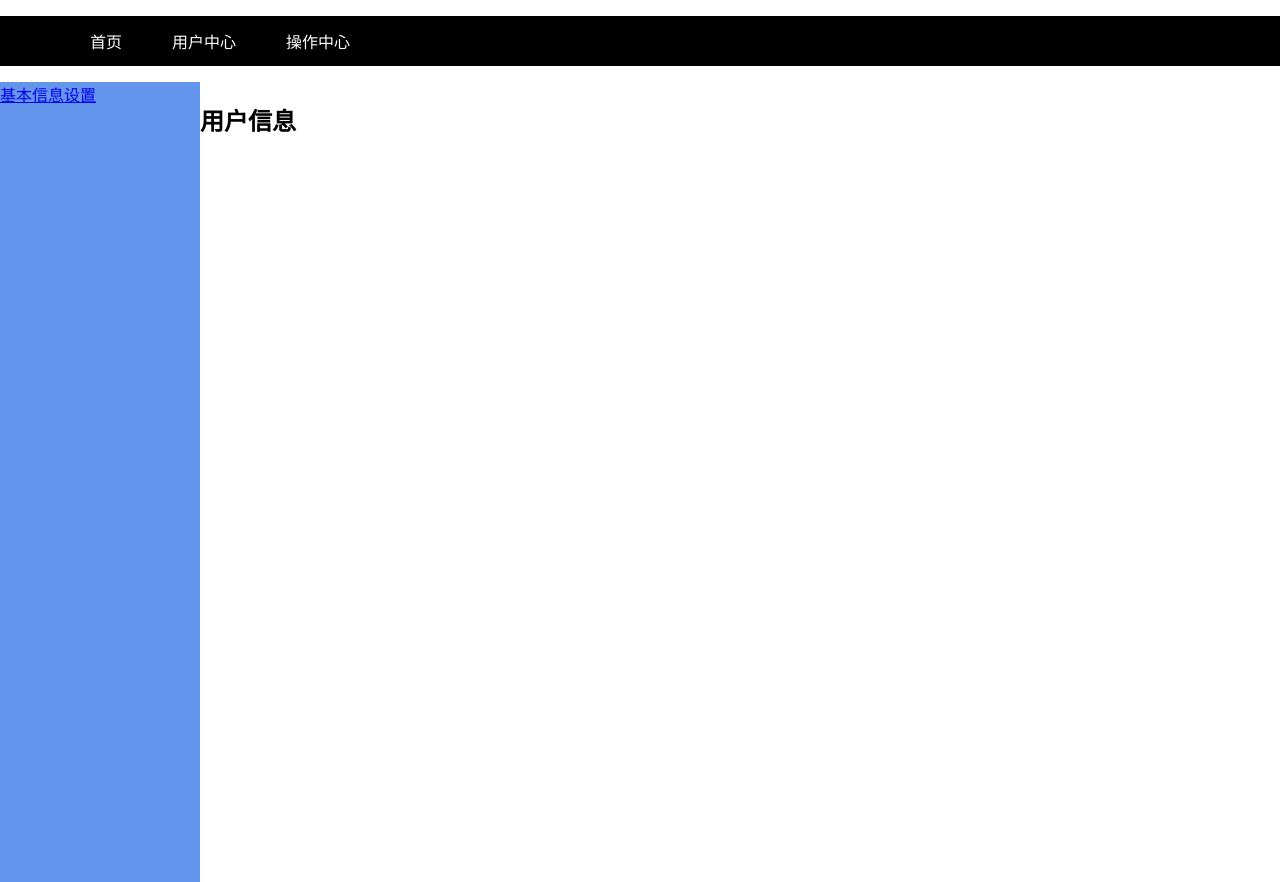
Repository: zhenzhen-gong/react-learning
Page: /user/info
An editor plug-in stored every save of this project. The page is shown before and after the next save, followed by the edit.
The browser window is 1280 px wide. The pictures show the whole page.
The project was rebuilt for these pictures with package versions that can differ from the ones it lists, and the page was loaded fresh each time. Also part of the build but not shown: src/component/qianTaoRouter/home.js, src/component/qianTaoRouter/user/set.js, src/component/qianTaoRouter/handleCenter.js.

Above is the page before, as saved 2021-04-18 23:51:04.

### src/index.js
import React from 'react';
import ReactDOM from 'react-dom';
import {
  BrowserRouter as Router,
  Route,
  Link
} from "react-router-dom";

import './index.css';
import './index.less'
import Home from './component/qianTaoRouter/home';
import UserCenter from './component/qianTaoRouter/userCenter';
import HandleCenter from './component/qianTaoRouter/handleCenter';
// import NewsContent from './component/routerTest/newsContent'
// import MenuContent from './component/routerTest/menuContent'
// import Login from './component/routerTest/login'
import reportWebVitals from './reportWebVitals';

ReactDOM.render(
  <Router>
    <ul className="tab-box">
          <li>
            <Link to="/">首页</Link>
          </li>
          <li>
            <Link to="/user">用户中心</Link>
          </li>
          <li>
            <Link to="/handle">操作中心</Link>
          </li>
    </ul>
    {/*
     <Route path='/'> <Home /> </Route>
    <Route path='/news'> <News /> </Route>
    <Route path='/memu'>  <Memu /> </Route>
     */}
     {/*exact 为严格匹配*/}
     <Route exact  path='/' component={Home} />
    <Route path='/user' component={UserCenter} />
    <Route path='/handle' component={HandleCenter} />

    {/*<Route path='/content/:aid' component={NewsContent} />
    <Route path='/menucontent' component={MenuContent} />
    <Route path='/login' component={Login} /> */}
  </Router>,
  document.getElementById('root')
);

// If you want to start measuring performance in your app, pass a function
// to log results (for example: reportWebVitals(console.log))
// or send to an analytics endpoint. Learn more: https://bit.ly/CRA-vitals
reportWebVitals();

### src/index.less
.tab-box {
    display: flex;
    height: 50px;
    align-items: center;
    background-color: black;
    li {
        list-style: none;
        margin-left: 50px;
        a {
            color: #fff;
            text-decoration:none;
        }
    }
  }
  .user-center {
      display: flex;
      height: 800px;
      .left {
          width: 200px;
          background-color: cornflowerblue;
      }
  }

### src/component/qianTaoRouter/userCenter.js
import React, {Component} from 'react'
import {Route, Link} from 'react-router-dom'

import UserInfo from './user/info'
import SetInfo from './user/set'



class UserCenter extends Component {
    constructor(props) {
        super(props)
        this.state = {
            msg: "用户中心"
        }
    }



    render() {
        return (
            <div className="user-center">
                <div className='left'>
                    <Link to='/user/info'>基本信息</Link>
                    <Link to='/user/set'>设置</Link>
                </div>
                <div className='right'>
                    <Route path='/user/info' component={UserInfo} />
                    <Route path='/user/set' component={SetInfo} />
                </div>


            </div>
        )
    }
}


export default UserCenter

### src/component/qianTaoRouter/user/info.js
import React, {Component} from 'react'



class UserInfo extends Component {
    constructor(props) {
        super(props)
        this.state = {
            msg: "用户信息"
        }
    }



    render() {
        return (
            <div>
                <h2>{this.state.msg}</h2>
            </div>
        )
    }
}


export default UserInfo;

Loaded but not shown: public/index.html (common file); src/index.css (common file); src/reportWebVitals.js (common file)

After the next save:
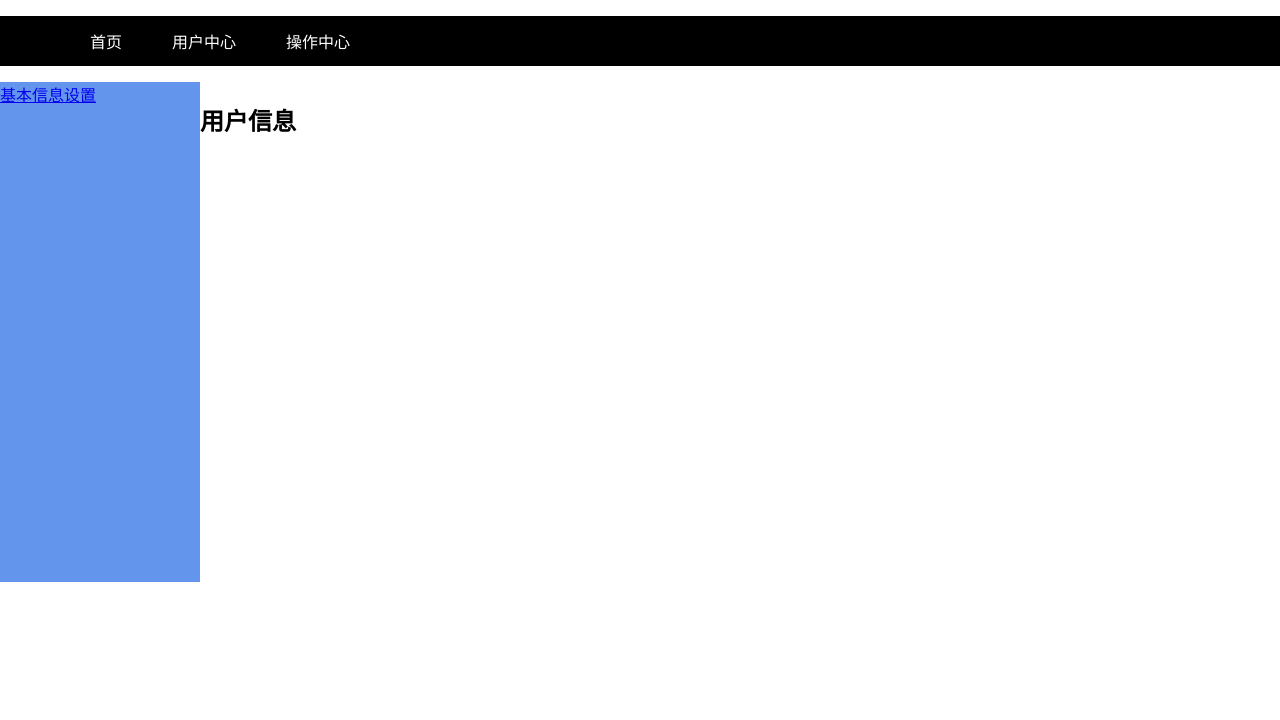
Saved 8 s later.
--- a/src/index.less
+++ b/src/index.less
@@ -14,7 +14,7 @@
   }
   .user-center {
       display: flex;
-      height: 800px;
+      height: 500px;
       .left {
           width: 200px;
           background-color: cornflowerblue;
